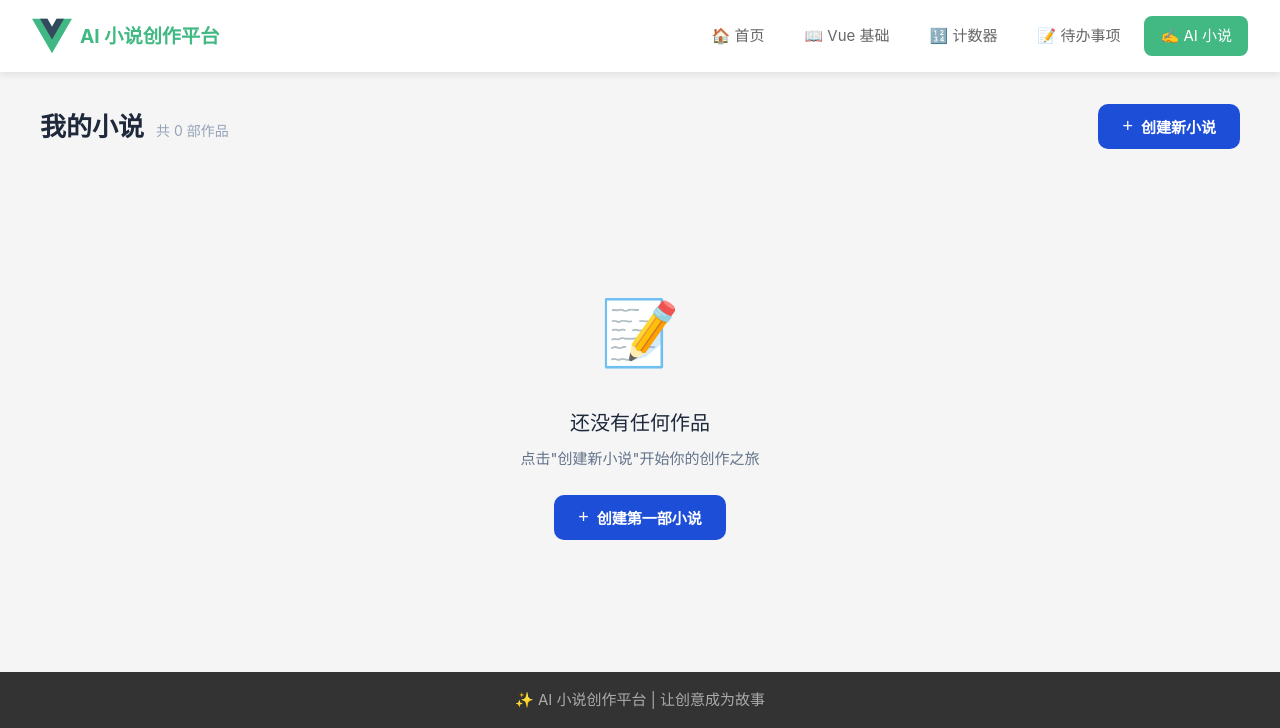
Repository: SergeXie/ai-novel-writer
Page: /novel (app in vue-project/)
The author's editor kept a copy of each file at every save. The page is drawn from the files as they stood at one save, then again after the next save.
The browser window is 1280 px wide. The pictures show the whole page.
The page's requests for data from a server got no answer. The project was rebuilt for these pictures with package versions that can differ from the ones it lists, and the page was loaded fresh each time. No one was signed in, and anything a server would have sent is missing. Also part of the build but not shown: vue-project/vite.config.ts, vue-project/src/views/HomeView.vue.

Above is the page before, as saved 2026-07-15 16:32:37.

After the next save:
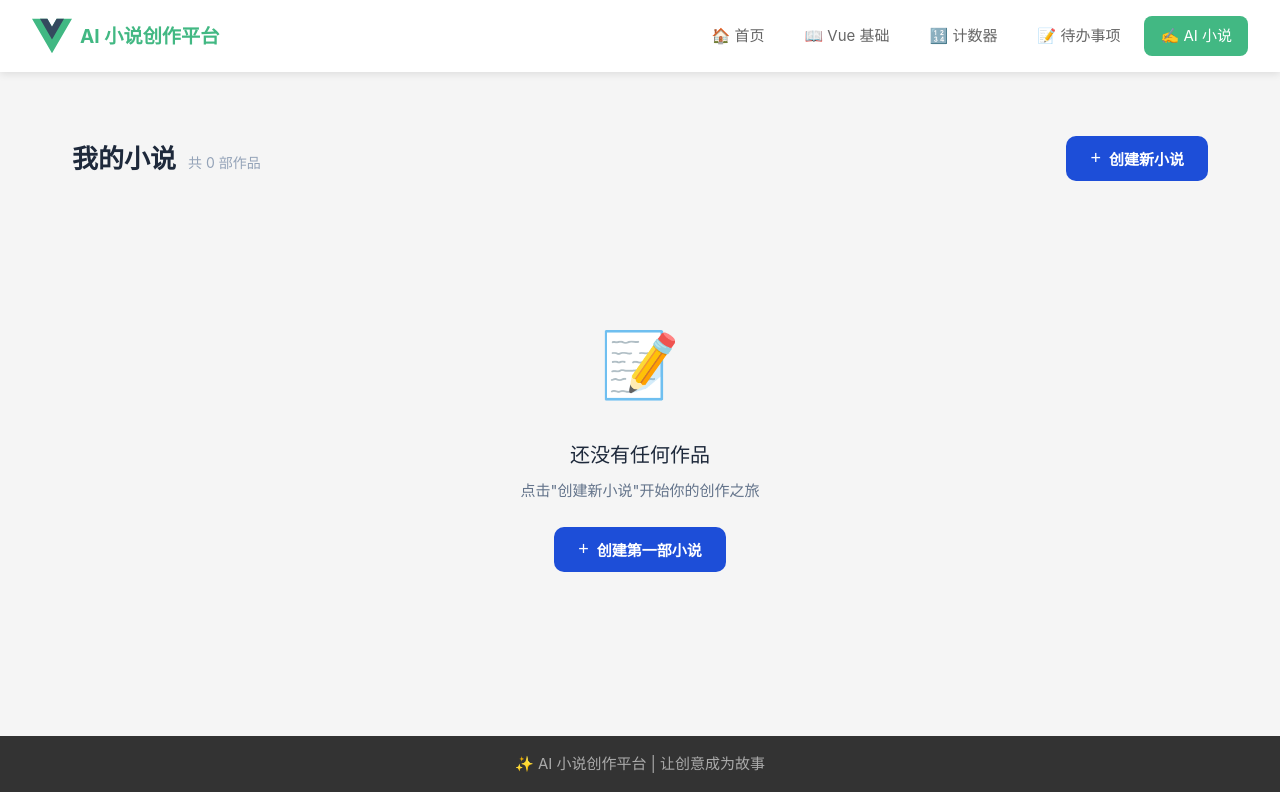
Saved 50 s later.
--- a/vue-project/src/App.vue
+++ b/vue-project/src/App.vue
@@ -116,7 +116,7 @@ body {
 /* 主内容区域 */
 .main-content {
   flex: 1;
-  padding: 0;
+  padding: 2rem;
   overflow: hidden;
   display: flex;
   flex-direction: column;
